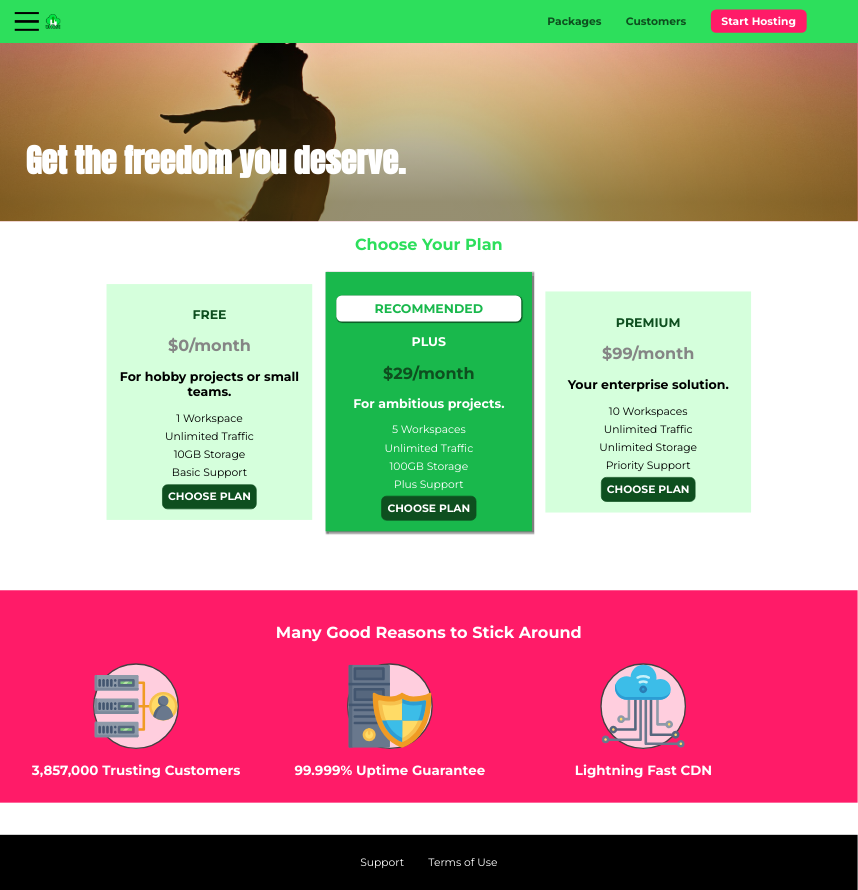
Repository: luacooli/css-course
Page: my_project/index.html
The author's editor kept a copy of each file at every save. The page is drawn from the files as they stood at one save, then again after the next save.
The browser window is 1280 px wide. The pictures show the whole page, at 67% of full size.

Above is the page before, as saved 2020-09-16 06:44:14.

### my_project/index.html
<!DOCTYPE html>
<html lang="en">

<head>
  <meta charset="UTF-8">
  <meta http-equiv="X-UA-Compatible" content="ie=edge">
  <meta name="viewport" content="width=device-width, initial-scale=1.0">
  <title>uHost</title>
  <link rel="shortcut icon" href="favicon.png">
  <link href="https://fonts.googleapis.com/css?family=Anton" rel="stylesheet">
  <link href="https://fonts.googleapis.com/css?family=Montserrat:400,700" rel="stylesheet">
  <link rel="stylesheet" href="shared.css">
  <link rel="stylesheet" href="main.css">
</head>

<body>
  <div class="backdrop"></div>
  <div class="modal">
    <h1 class="modal__title">Do you want to continue?</h1>
    <div class="modal__actions">
      <a href="start-hosting/index.html" class="modal__action">Yes!</a>
      <button class="modal__action modal__action--negative" type="button">
        No!
      </button>
    </div>
  </div>
  <header class="main-header">
    <div>
      <button class="toggle-button">
        <span class="toggle-button__bar"></span>
        <span class="toggle-button__bar"></span>
        <span class="toggle-button__bar"></span>
      </button>
      <a href="index.html" class="main-header__brand">
        <img src="images/uhost-icon.png" alt="uHost - Your favorite hosting company">
      </a>
    </div>
    <nav class="main-nav">
      <ul class="main-nav__items">
        <li class="main-nav__item">
          <a href="packages/index.html">Packages</a>
        </li>
        <li class="main-nav__item">
          <a href="customers/index.html">Customers</a>
        </li>
        <li class="main-nav__item main-nav__item--cta">
          <a href="start-hosting/index.html">Start Hosting</a>
        </li>
      </ul>
    </nav>
  </header>
  <nav class="mobile-nav">
    <ul class="mobile-nav__items">
      <li class="mobile-nav__item">
        <a href="packages/index.html">Packages</a>
      </li>
      <li class="mobile-nav__item">
        <a href="customers/index.html">Customers</a>
      </li>
      <li class="mobile-nav__item mobile-nav__item--cta">
        <a href="start-hosting/index.html">Start Hosting</a>
      </li>
    </ul>
  </nav>
  <main>
    <section id="product-overview">
      <h1>Get the freedom you deserve.</h1>
    </section>
    <section id="plans">
      <h1 class="section-title">Choose Your Plan</h1>
      <div class="plan__list">
        <article class="plan">
          <h1 class="plan__title">FREE</h1>
          <h2 class="plan__price">$0/month</h2>
          <h3>For hobby projects or small teams.</h3>
          <ul class="plan__features">
            <li class="plan__feature">1 Workspace</li>
            <li class="plan__feature">Unlimited Traffic</li>
            <li class="plan__feature">10GB Storage</li>
            <li class="plan__feature">Basic Support</li>
          </ul>
          <div>
            <button class="button">CHOOSE PLAN</button>
          </div>
        </article>
        <article class="plan plan--highlighted">
          <h1 class="plan__annotation">RECOMMENDED</h1>
          <h1 class="plan__title">PLUS</h1>
          <h2 class="plan__price">$29/month</h2>
          <h3>For ambitious projects.</h3>
          <ul class="plan__features">
            <li class="plan__feature">5 Workspaces</li>
            <li class="plan__feature">Unlimited Traffic</li>
            <li class="plan__feature">100GB Storage</li>
            <li class="plan__feature">Plus Support</li>
          </ul>
          <div>
            <button class="button">CHOOSE PLAN</button>
          </div>
        </article>
        <article class="plan">
          <h1 class="plan__title">PREMIUM</h1>
          <h2 class="plan__price">$99/month</h2>
          <h3>Your enterprise solution.</h3>
          <ul class="plan__features">
            <li class="plan__feature">10 Workspaces</li>
            <li class="plan__feature">Unlimited Traffic</li>
            <li class="plan__feature">Unlimited Storage</li>
            <li class="plan__feature">Priority Support</li>
          </ul>
          <div>
            <button class="button">CHOOSE PLAN</button>
          </div>
        </article>
      </div>
    </section>
    <section id="key-features">
      <h1 class="section-title">Many Good Reasons to Stick Around</h1>
      <ul class="key-feature__list">
        <li class="key-feature">
          <div class="key-feature__image">
            <svg viewBox="0 0 512 512">
              <path style="fill: #f09b24;"
                d="M344,248h-32V112c0-4.418-3.582-8-8-8h-40c-4.418,0-8,3.582-8,8s3.582,8,8,8h32v128h-32  c-4.418,0-8,3.582-8,8s3.582,8,8,8h32v128h-32c-4.418,0-8,3.582-8,8s3.582,8,8,8h40c4.418,0,8-3.582,8-8V264h32c4.418,0,8-3.582,8-8  S348.418,248,344,248z" />
              <path style="fill: #8e9aa9;"
                d="M264,64H8c-4.418,0-8,3.582-8,8v80c0,4.418,3.582,8,8,8h256c4.418,0,8-3.582,8-8V72  C272,67.582,268.418,64,264,64z" />
              <path style="fill: #7c899b;"
                d="M24,144c-4.418,0-8-3.582-8-8V64H8c-4.418,0-8,3.582-8,8v80c0,4.418,3.582,8,8,8h256  c4.418,0,8-3.582,8-8v-8H24z" />
              <rect x="152" y="96" style="fill: #b8e3a8;" width="88" height="32" />
              <g>
                <polygon style="fill: #7ec97d;" points="152,96 152,128 166,128 198,96  " />
                <polygon style="fill: #7ec97d;" points="220,96 188,128 240,128 240,96  " />
              </g>
              <path style="fill: #56677e;"
                d="M240,136h-88c-4.418,0-8-3.582-8-8V96c0-4.418,3.582-8,8-8h88c4.418,0,8,3.582,8,8v32  C248,132.418,244.418,136,240,136z M160,120h72v-16h-72V120z" />
              <g>
                <path style="fill: #435670;"
                  d="M32,136c-4.418,0-8-3.582-8-8V96c0-4.418,3.582-8,8-8s8,3.582,8,8v32C40,132.418,36.418,136,32,136z   " />
                <path style="fill: #435670;"
                  d="M56,136c-4.418,0-8-3.582-8-8V96c0-4.418,3.582-8,8-8s8,3.582,8,8v32C64,132.418,60.418,136,56,136z   " />
                <path style="fill: #435670;"
                  d="M80,136c-4.418,0-8-3.582-8-8V96c0-4.418,3.582-8,8-8s8,3.582,8,8v32C88,132.418,84.418,136,80,136z   " />
                <path style="fill: #435670;"
                  d="M104,136c-4.418,0-8-3.582-8-8V96c0-4.418,3.582-8,8-8s8,3.582,8,8v32   C112,132.418,108.418,136,104,136z" />
                <path style="fill: #435670;"
                  d="M128,105c-4.418,0-8-3.582-8-8v-1c0-4.418,3.582-8,8-8s8,3.582,8,8v1   C136,101.418,132.418,105,128,105z" />
                <path style="fill: #435670;"
                  d="M128,136c-4.418,0-8-3.582-8-8v-1c0-4.418,3.582-8,8-8s8,3.582,8,8v1   C136,132.418,132.418,136,128,136z" />
              </g>
              <path style="fill: #8e9aa9;"
                d="M264,208H8c-4.418,0-8,3.582-8,8v80c0,4.418,3.582,8,8,8h256c4.418,0,8-3.582,8-8v-80  C272,211.582,268.418,208,264,208z" />
              <path style="fill: #7c899b;"
                d="M24,288c-4.418,0-8-3.582-8-8v-72H8c-4.418,0-8,3.582-8,8v80c0,4.418,3.582,8,8,8h256  c4.418,0,8-3.582,8-8v-8H24z" />
              <rect x="152" y="240" style="fill: #b8e3a8;" width="88" height="32" />
              <g>
                <polygon style="fill: #7ec97d;" points="152,240 152,272 166,272 198,240  " />
                <polygon style="fill: #7ec97d;" points="220,240 188,272 240,272 240,240  " />
              </g>
              <path style="fill: #56677e;"
                d="M240,280h-88c-4.418,0-8-3.582-8-8v-32c0-4.418,3.582-8,8-8h88c4.418,0,8,3.582,8,8v32  C248,276.418,244.418,280,240,280z M160,264h72v-16h-72V264z" />
              <g>
                <path style="fill: #435670;"
                  d="M32,280c-4.418,0-8-3.582-8-8v-32c0-4.418,3.582-8,8-8s8,3.582,8,8v32C40,276.418,36.418,280,32,280   z" />
                <path style="fill: #435670;"
                  d="M56,280c-4.418,0-8-3.582-8-8v-32c0-4.418,3.582-8,8-8s8,3.582,8,8v32C64,276.418,60.418,280,56,280   z" />
                <path style="fill: #435670;"
                  d="M80,280c-4.418,0-8-3.582-8-8v-32c0-4.418,3.582-8,8-8s8,3.582,8,8v32C88,276.418,84.418,280,80,280   z" />
                <path style="fill: #435670;"
                  d="M104,280c-4.418,0-8-3.582-8-8v-32c0-4.418,3.582-8,8-8s8,3.582,8,8v32   C112,276.418,108.418,280,104,280z" />
                <path style="fill: #435670;"
                  d="M128,249c-4.418,0-8-3.582-8-8v-1c0-4.418,3.582-8,8-8s8,3.582,8,8v1   C136,245.418,132.418,249,128,249z" />
                <path style="fill: #435670;"
                  d="M128,280c-4.418,0-8-3.582-8-8v-1c0-4.418,3.582-8,8-8s8,3.582,8,8v1   C136,276.418,132.418,280,128,280z" />
              </g>
              <path style="fill: #8e9aa9;"
                d="M264,352H8c-4.418,0-8,3.582-8,8v80c0,4.418,3.582,8,8,8h256c4.418,0,8-3.582,8-8v-80  C272,355.582,268.418,352,264,352z" />
              <path style="fill: #7c899b;"
                d="M24,432c-4.418,0-8-3.582-8-8v-72H8c-4.418,0-8,3.582-8,8v80c0,4.418,3.582,8,8,8h256  c4.418,0,8-3.582,8-8v-8H24z" />
              <rect x="152" y="384" style="fill: #b8e3a8;" width="88" height="32" />
              <g>
                <polygon style="fill: #7ec97d;" points="152,384 152,416 166,416 198,384  " />
                <polygon style="fill: #7ec97d;" points="220,384 188,416 240,416 240,384  " />
              </g>
              <path style="fill: #56677e;"
                d="M240,424h-88c-4.418,0-8-3.582-8-8v-32c0-4.418,3.582-8,8-8h88c4.418,0,8,3.582,8,8v32  C248,420.418,244.418,424,240,424z M160,408h72v-16h-72V408z" />
              <g>
                <path style="fill: #435670;"
                  d="M32,424c-4.418,0-8-3.582-8-8v-32c0-4.418,3.582-8,8-8s8,3.582,8,8v32C40,420.418,36.418,424,32,424   z" />
                <path style="fill: #435670;"
                  d="M56,424c-4.418,0-8-3.582-8-8v-32c0-4.418,3.582-8,8-8s8,3.582,8,8v32C64,420.418,60.418,424,56,424   z" />
                <path style="fill: #435670;"
                  d="M80,424c-4.418,0-8-3.582-8-8v-32c0-4.418,3.582-8,8-8s8,3.582,8,8v32C88,420.418,84.418,424,80,424   z" />
                <path style="fill: #435670;"
                  d="M104,424c-4.418,0-8-3.582-8-8v-32c0-4.418,3.582-8,8-8s8,3.582,8,8v32   C112,420.418,108.418,424,104,424z" />
                <path style="fill: #435670;"
                  d="M128,393c-4.418,0-8-3.582-8-8v-1c0-4.418,3.582-8,8-8s8,3.582,8,8v1   C136,389.418,132.418,393,128,393z" />
                <path style="fill: #435670;"
                  d="M128,424c-4.418,0-8-3.582-8-8v-1c0-4.418,3.582-8,8-8s8,3.582,8,8v1   C136,420.418,132.418,424,128,424z" />
              </g>
              <path style="fill: #f7c14d;"
                d="M424,168c-48.523,0-88,39.477-88,88s39.477,88,88,88s88-39.477,88-88S472.523,168,424,168z" />
              <path style="fill: #ffdb66;"
                d="M424,184c-39.701,0-72,32.299-72,72s32.299,72,72,72s72-32.299,72-72S463.701,184,424,184z" />
              <path style="fill: #69788d;"
                d="M484.893,314.16C476.393,274.588,451.922,248,424,248s-52.393,26.588-60.893,66.16  c-0.605,2.82,0.354,5.749,2.511,7.664C381.731,336.124,402.465,344,424,344s42.269-7.876,58.381-22.176  C484.539,319.909,485.498,316.98,484.893,314.16z" />
              <path style="fill: #56677e;"
                d="M434.053,249.171C430.768,248.403,427.411,248,424,248c-27.922,0-52.393,26.588-60.893,66.16  c-0.605,2.82,0.354,5.749,2.511,7.664c3.383,3.002,6.979,5.703,10.734,8.125C384.904,286.243,407.373,255.378,434.053,249.171z" />
              <path style="fill: #69788d;"
                d="M424,192c-17.645,0-32,14.355-32,32s14.355,32,32,32s32-14.355,32-32S441.645,192,424,192z" />
              <path style="fill: #56677e;"
                d="M432,248c-17.645,0-32-14.355-32-32c0-6.783,2.128-13.076,5.742-18.258  C397.444,203.53,392,213.138,392,224c0,17.645,14.355,32,32,32c10.862,0,20.471-5.444,26.258-13.742  C445.076,245.872,438.783,248,432,248z" />
            </svg>
          </div>
          <p class="key-feature__description">3,857,000 Trusting Customers</p>
        </li>
        <li class="key-feature">
          <div class="key-feature__image">
            <svg viewBox="0 0 512 512">
              <path style="fill: #69788d;"
                d="M248,0H8C3.582,0,0,3.582,0,8v496c0,4.418,3.582,8,8,8h240c4.418,0,8-3.582,8-8V8  C256,3.582,252.418,0,248,0z" />
              <path style="fill: #56677e;"
                d="M24,504V8c0-4.418,3.582-8,8-8H8C3.582,0,0,3.582,0,8v496c0,4.418,3.582,8,8,8h24  C27.582,512,24,508.418,24,504z" />
              <g>
                <rect x="0" y="112" style="fill: #435670;" width="256" height="16" />
                <rect x="0" y="240" style="fill: #435670;" width="256" height="16" />
              </g>
              <path style="fill: #f7c14d;"
                d="M128,392c-22.056,0-40,17.944-40,40s17.944,40,40,40s40-17.944,40-40S150.056,392,128,392z" />
              <path style="fill: #ffdb66;"
                d="M128,408c-13.233,0-24,10.767-24,24s10.767,24,24,24s24-10.767,24-24S141.233,408,128,408z" />
              <path style="fill: #f7c14d;"
                d="M128,392c-2.739,0-5.414,0.278-8,0.805V424c0,4.418,3.582,8,8,8c4.418,0,8-3.582,8-8v-31.195  C133.414,392.278,130.739,392,128,392z" />
              <g>
                <path style="fill: #435670;"
                  d="M216,288H40c-4.418,0-8-3.582-8-8s3.582-8,8-8h176c4.418,0,8,3.582,8,8S220.418,288,216,288z" />
                <path style="fill: #435670;"
                  d="M216,328H40c-4.418,0-8-3.582-8-8s3.582-8,8-8h176c4.418,0,8,3.582,8,8S220.418,328,216,328z" />
                <path style="fill: #435670;"
                  d="M216,368H40c-4.418,0-8-3.582-8-8s3.582-8,8-8h176c4.418,0,8,3.582,8,8S220.418,368,216,368z" />
                <path style="fill: #435670;"
                  d="M216,16H40c-4.418,0-8,3.582-8,8v64c0,4.418,3.582,8,8,8h176c4.418,0,8-3.582,8-8V24   C224,19.582,220.418,16,216,16z" />
              </g>
              <rect x="48" y="32" style="fill: #56677e;" width="160" height="48" />
              <path style="fill: #435670;"
                d="M216,144H40c-4.418,0-8,3.582-8,8v64c0,4.418,3.582,8,8,8h176c4.418,0,8-3.582,8-8v-64  C224,147.582,220.418,144,216,144z" />
              <rect x="48" y="160" style="fill: #56677e;" width="160" height="48" />
              <path style="fill: #f09b24;"
                d="M511.747,180.237c-0.194-6.537-8.107-10.107-13.135-5.894c-5.6,4.693-42.904,21.282-98.514,21.282  c-33.45,0-64.625-20.999-64.929-21.206c-2.9-1.991-6.764-1.85-9.512,0.346c-2.677,2.135-27.201,20.86-63.793,20.86  c-55.607,0-92.914-16.589-98.515-21.282c-5.028-4.211-12.941-0.645-13.135,5.894c-1.634,54.834,4.655,105.941,18.693,151.903  c12.096,39.604,29.759,74.047,52.497,102.373c27.538,34.304,62.743,59.882,104.66,76.045c3.069,1.918,6.757,1.921,9.83,0  c41.917-16.163,77.122-41.741,104.66-76.045c22.738-28.326,40.401-62.77,52.497-102.373  C507.092,286.179,513.381,235.071,511.747,180.237z" />
              <path style="fill: #f7c14d;"
                d="M476.21,221.226c-1.953-1.631-4.568-2.235-7.036-1.628c-21.686,5.327-44.926,8.028-69.075,8.028  c-25.926,0-49.633-8.975-64.955-16.504c-2.307-1.134-5.016-1.091-7.284,0.116c-14.059,7.477-36.919,16.388-65.994,16.388  c-24.153,0-47.394-2.701-69.075-8.028c-5.155-1.268-10.221,2.966-9.894,8.261c2.077,33.693,7.668,65.635,16.616,94.935  c22.774,74.565,66.139,126.334,128.888,153.868c2.032,0.891,4.397,0.891,6.43,0c61.777-27.107,104.716-78.876,127.62-153.868  c8.948-29.3,14.539-61.241,16.616-94.935C479.224,225.319,478.163,222.856,476.21,221.226z" />
              <path style="fill: #ffdb66;"
                d="M331.609,451.727c-52.604-25.289-89.304-70.987-109.144-135.944  c-6.532-21.39-11.162-44.336-13.82-68.447c17.133,2.852,34.952,4.291,53.22,4.291c29.394,0,53.376-7.793,69.978-15.561  c17.44,7.736,41.656,15.561,68.256,15.561c18.267,0,36.085-1.439,53.219-4.291c-2.659,24.112-7.288,47.06-13.82,68.448  C419.545,381.108,383.27,426.805,331.609,451.727z" />
              <g>
                <path style="fill: #2c9dd4;"
                  d="M479.066,227.858c0.157-2.539-0.903-5.002-2.856-6.633s-4.568-2.235-7.036-1.628   c-21.686,5.327-44.926,8.028-69.075,8.028c-25.926,0-49.633-8.975-64.955-16.504c-1.057-0.52-2.2-0.78-3.345-0.806l-0.072,133.351   h123.601c2.556-6.746,4.933-13.702,7.123-20.874C471.398,293.493,476.989,261.552,479.066,227.858z" />
                <path style="fill: #2c9dd4;"
                  d="M206.658,343.667c24.153,63.42,65.028,108.108,121.743,132.995c1.031,0.452,2.147,0.673,3.263,0.666   l0.063-133.661H206.658z" />
              </g>
              <g>
                <path style="fill: #3cbde8;"
                  d="M439.497,315.783c6.532-21.389,11.161-44.336,13.82-68.448c-17.134,2.852-34.952,4.291-53.219,4.291   c-26.6,0-50.815-7.824-68.256-15.561l-0.116,107.601h97.758C433.179,334.807,436.524,325.518,439.497,315.783z" />
                <path style="fill: #3cbde8;"
                  d="M232.523,343.667c21.144,50.298,54.363,86.56,99.087,108.06l0.117-108.06H232.523z" />
              </g>
            </svg>
          </div>
          <p class="key-feature__description">99.999% Uptime Guarantee</p>
        </li>
        <li class="key-feature">
          <div class="key-feature__image">
            <svg viewBox="0 0 512 512">
              <path style="fill: #8e9aa9;"
                d="M168,200c-4.418,0-8,3.582-8,8v120h-17.376c-3.302-9.311-12.194-16-22.624-16  c-13.234,0-24,10.767-24,24s10.766,24,24,24c10.429,0,19.321-6.689,22.624-16H168c4.418,0,8-3.582,8-8V208  C176,203.582,172.418,200,168,200z" />
              <path style="fill: #ffdb66;"
                d="M120,328c-4.411,0-8,3.589-8,8s3.589,8,8,8s8-3.589,8-8S124.411,328,120,328z" />
              <path style="fill: #56677e;"
                d="M208,200c-4.418,0-8,3.582-8,8v184H94.624C91.322,382.689,82.43,376,72,376  c-13.234,0-24,10.767-24,24s10.766,24,24,24c10.429,0,19.321-6.689,22.624-16H208c4.418,0,8-3.582,8-8V208  C216,203.582,212.418,200,208,200z" />
              <path style="fill: #ffdb66;"
                d="M72,392c-4.411,0-8,3.589-8,8s3.589,8,8,8s8-3.589,8-8S76.411,392,72,392z" />
              <path style="fill: #69788d;"
                d="M240,208c-4.418,0-8,3.582-8,8v239H47.24c-2.671-10.34-12.078-18-23.24-18c-13.234,0-24,10.767-24,24  s10.766,24,24,24c9.666,0,18.009-5.747,21.809-14H240c4.418,0,8-3.582,8-8V216C248,211.582,244.418,208,240,208z" />
              <path style="fill: #ffdb66;"
                d="M24,453c-4.411,0-8,3.589-8,8s3.589,8,8,8s8-3.589,8-8S28.411,453,24,453z" />
              <path style="fill: #69788d;"
                d="M488,464c-10.429,0-19.321,6.689-22.624,16H280V208c0-4.418-3.582-8-8-8s-8,3.582-8,8v280  c0,4.418,3.582,8,8,8h193.376c3.302,9.311,12.194,16,22.624,16c13.234,0,24-10.767,24-24S501.234,464,488,464z" />
              <path style="fill: #ffdb66;"
                d="M488,480c-4.411,0-8,3.589-8,8s3.589,8,8,8s8-3.589,8-8S492.411,480,488,480z" />
              <path style="fill: #56677e;"
                d="M456,408c-10.429,0-19.321,6.689-22.624,16H312V208c0-4.418-3.582-8-8-8s-8,3.582-8,8v224  c0,4.418,3.582,8,8,8h129.376c3.302,9.311,12.194,16,22.624,16c13.234,0,24-10.767,24-24S469.234,408,456,408z" />
              <path style="fill: #ffdb66;"
                d="M456,424c-4.411,0-8,3.589-8,8s3.589,8,8,8s8-3.589,8-8S460.411,424,456,424z" />
              <path style="fill: #8e9aa9;"
                d="M416,344c-10.429,0-19.321,6.689-22.624,16H352V208c0-4.418-3.582-8-8-8s-8,3.582-8,8v160  c0,4.418,3.582,8,8,8h49.376c3.302,9.311,12.194,16,22.624,16c13.234,0,24-10.767,24-24S429.234,344,416,344z" />
              <path style="fill: #ffdb66;"
                d="M416,360c-4.411,0-8,3.589-8,8s3.589,8,8,8s8-3.589,8-8S420.411,360,416,360z" />
              <path style="fill: #3cbde8;"
                d="M362,88c-8.741,0-17.231,1.751-25.06,5.085C337.646,88.797,338,84.43,338,80  c0-44.112-35.888-80-80-80c-42.823,0-77.895,33.816-79.909,76.149C170.393,73.415,162.244,72,154,72c-39.701,0-72,32.299-72,72  s32.299,72,72,72h208c35.29,0,64-28.71,64-64S397.29,88,362,88z" />
              <path style="fill: #2c9dd4;"
                d="M368,200H160c-39.701,0-72-32.299-72-72c0-5.863,0.721-11.559,2.05-17.019  C84.918,120.88,82,132.102,82,144c0,39.701,32.299,72,72,72h208c30.389,0,55.88-21.296,62.379-49.743  C413.565,186.327,392.352,200,368,200z" />
              <path style="fill: #2a7db5;"
                d="M256,128c-13.234,0-24,10.767-24,24s10.766,24,24,24c13.233,0,24-10.767,24-24S269.233,128,256,128z" />
              <path style="fill: #2c9dd4;"
                d="M256,144c-4.411,0-8,3.589-8,8s3.589,8,8,8c4.411,0,8-3.589,8-8S260.411,144,256,144z" />
              <g>
                <path style="fill: #c5f1fa;"
                  d="M221.755,87.695c-2.994,0-5.864-1.688-7.233-4.572c-1.894-3.991-0.194-8.763,3.798-10.657   C230.157,66.849,242.834,64,256,64c13.166,0,25.844,2.849,37.68,8.466c3.992,1.895,5.692,6.666,3.798,10.657   s-6.666,5.692-10.657,3.798C277.144,82.328,266.774,80,256,80c-10.774,0-21.144,2.328-30.821,6.921   C224.072,87.446,222.904,87.695,221.755,87.695z" />
                <path style="fill: #c5f1fa;"
                  d="M276.545,116.618c-1.148,0-2.316-0.249-3.424-0.774C267.745,113.293,261.985,112,256,112   c-5.985,0-11.745,1.293-17.121,3.844c-3.991,1.895-8.763,0.192-10.657-3.798c-1.894-3.992-0.193-8.764,3.798-10.657   C239.557,97.813,247.625,96,256,96c8.376,0,16.444,1.813,23.98,5.389c3.991,1.894,5.692,6.665,3.798,10.657   C282.41,114.93,279.539,116.618,276.545,116.618z" />
              </g>
            </svg>
          </div>
          <p class="key-feature__description">Lightning Fast CDN</p>
        </li>
      </ul>
    </section>
  </main>
  <footer class="main-footer">
    <nav>
      <ul class="main-footer__links">
        <li class="main-footer__link">
          <a href="#">Support</a>
        </li>
        <li class="main-footer__link">
          <a href="#">Terms of Use</a>
        </li>
      </ul>
    </nav>
  </footer>
  <script src="shared.js"></script>
</body>

</html>

### my_project/main.css
#product-overview {
  background: linear-gradient(to top, rgba(80, 68, 18, 0.6) 10%, transparent),
    url('images/freedom.jpg') center/cover no-repeat border-box,
    #ff1b68;
 /* background-image: url("freedom.jpg");
    background-size: cover;
    background-position: left 10% bottom 20%; */
  /* background-repeat: no-repeat;
    background-origin: border-box;
    background-clip: border-box; */
  /* background-image: linear-gradient(180deg, red 70%, blue 60%, rgba(0,0,0,0.5)); */
  /*background-image: radial-gradient(ellipse farthest-corner at 20% 50%, red, blue 70%, green); */
  width: 100vw;
  height: 33vh;
  /* padding: 10px; */
  margin-top: 2.6rem;
  position: relative;
}

#product-overview h1 {
  color: white;
  font-family: 'Anton', sans-serif;
  position: absolute;
  bottom: 5%;
  left: 3%;
  font-size: 1.6rem;
}

@media (min-width: 40rem) {
  #product-overview {
    height: 40vh;
    background-position: 50% 25%;
  }

  #product-overview h1 {
    font-size: 3rem;
  }
}

.section-title {
  color: #2ddf5c;
  text-align: center;
}

.plan__list {
  width: 80%;
  margin: auto;
  text-align: center;
}

.plan {
  background: #d5ffdc;
  text-align: center;
  padding: 16px;
  margin: 8px;
  display: inline-block;
  width: 30%;
  vertical-align: middle;
}

.plan--highlighted {
  background: #19b84c;
  color: white;
  box-shadow: 2px 2px 2px 2px rgba(0, 0, 0, 0.5);
}

.plan__annotation {
  background: white;
  color: #19b84c;
  box-shadow: 1px 1px 1px 1px rgba(0, 0, 0, 0.5);
  padding: 8px;
  border-radius: 8px;
}

.plan__title {
  color: #0e4f1f;
}

.plan__price {
  color: #858585;
}

.plan--highlighted .plan__title {
  color: white;
}

.plan--highlighted .plan__price {
  color: #0e4f1f;
}

.plan__features {
  list-style: none;
  padding: 0;
  margin: 0;
}

.plan__feature {
  margin: 8px 0px;
}

#key-features {
  background: #ff1b68;
  margin-top: 80px;
  padding: 16px;
}

#key-features .section-title {
  color: white;
  margin: 32px;
}

.key-feature__list {
  list-style: none;
  margin: 0;
  padding: 0;
}

.key-feature {
  display: inline-block;
  width: 30%;
  vertical-align: top;
}

.key-feature__image {
  background: #ffcede;
  width: 128px;
  height: 128px;
  border: 2px solid #424242;
  border-radius: 50%;
  margin: auto;
}

.key-feature__description {
  text-align: center;
  font-weight: bold;
  color: white;
  font-size: 20px;
}

.modal {
  position: fixed;
  display: none;
  z-index: 200;
  top: 20%;
  left: 30%;
  width: 40%;
  background: white;
  padding: 1rem;
  border: 1px solid #ccc;
  box-shadow: 1px 1px 1px rgba(0, 0, 0, 0.5);
}

.modal__title {
  text-align: center;
  margin: 0 0 1rem 0;
}

.modal__actions {
  text-align: center;
}

.modal__action {
  border: 1px solid #0e4f1f;
  background: #0e4f1f;
  text-decoration: none;
  color: white;
  font: inherit;
  padding: 0.5rem 1rem;
  cursor: pointer;
}

.modal__action:hover,
.modal__action:active {
  background: #2ddf5c;
  border-color: #2ddf5c;
}

.modal__action--negative {
  background: red;
  border-color: red;
}

.modal__action--negative:hover,
.modal__action--negative:active {
  background: #ff5454;
  border-color: #ff5454;
}

Loaded but not shown: my_project/shared.js (43 lines, source omitted); my_project/shared.css (202 lines, source omitted)

After the next save:
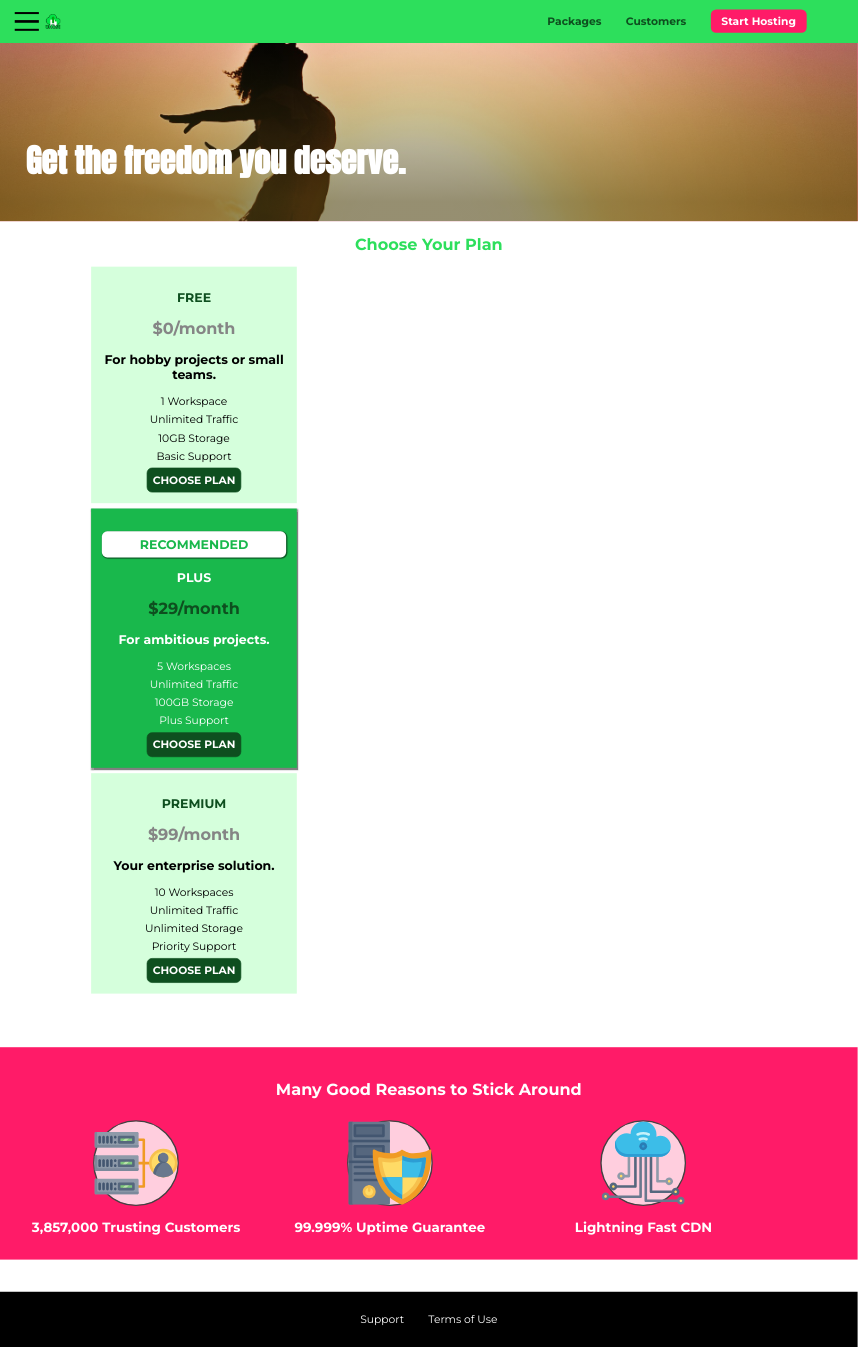
Saved 10 min 40 s later.
--- a/my_project/main.css
+++ b/my_project/main.css
@@ -53,7 +53,6 @@
   text-align: center;
   padding: 16px;
   margin: 8px;
-  display: inline-block;
   width: 30%;
   vertical-align: middle;
 }
